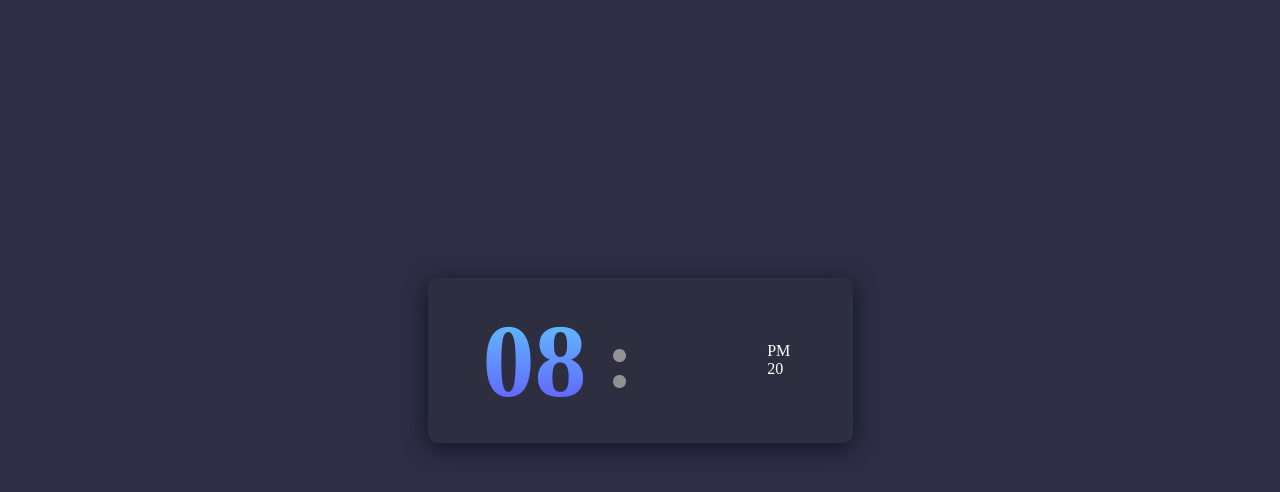
Repository: QUANGTHAI2003/digital-clock
Page: index.html
These files come from the project's save history. The page is drawn as it stood at one moment and after the next save; the edit follows.
The browser window is 1280 px wide. The pictures show the whole page.

Above is the page before, as saved 2022-03-26 19:58:58.

### index.html
<!DOCTYPE html>
<html lang="en">
    <head>
        <meta charset="UTF-8" />
        <meta http-equiv="X-UA-Compatible" content="IE=edge" />
        <meta name="viewport" content="width=device-width, initial-scale=1.0" />
        <title>Digital-Clock</title>
        <link rel="stylesheet" href="style.css" />
        <link rel="stylesheet" href="https://unicons.iconscout.com/release/v4.0.0/css/line.css" />
    </head>
    <body>
        <div class="digital-clock">
            <div class="time">
                <span class="hour">08</span>
                <span class="dots">:</span>
                <span class="minutes">30</span>
                <div class="right-side">
                    <span class="period">PM</span>
                    <span class="seconds">20</span>
                </div>
            </div>
        </div>
    </body>
</html>

### style.css
@import url('https://fonts.googleapis.com/css2?family=Poppins:ital,wght@0,100;0,200;0,300;0,400;0,500;0,600;0,700;0,800;0,900;1,100;1,200;1,300;1,400;1,500;1,600;1,700;1,800;1,900&display=swap');

* {
    margin: 0;
    padding: 0;
    box-sizing: border-box;
    font-family: 'Poppins'sans-serif;
}

body {
    min-height: 100vh;
    display: flex;
    justify-content: center;
    align-items: center;
    background: #2e2e44;
}

.digital-clock {
    position: relative;
    color: #fff;
    background: #2d2f41;
    width: 425px;
    padding: 20px 45px;
    box-shadow: 0 5px 25px rgba(14, 21, 37, 08);
    border-radius: 10px;
    display: flex;
    justify-content: center;
    align-items: center;
}

.time {
    position: relative;
    display: flex;
    justify-content: center;
    align-items: center;
}

.hour,
.dots,
.minutes {
    display: flex;
    justify-content: center;
    align-items: center;
    font-weight: 600;
    padding: 0 10px;
    line-height: 125px;
}

.hour,
.minutes {
    font-size: 6.5em;
    width: 125px;
}

.dots {
    font-size: 5em;
    color: #929292;
}

.hour {
    background: -webkit-linear-gradient(90deg, #634dff, #5fd4ff);
    -webkit-text-fill-color: transparent;
    -webkit-background-clip: text;
}

.minutes {
    background: -webkit-linear-gradient(90deg, #ff5e9a, I#ffb960);
    -webkit-text-fill-color: transparent;
    -webkit-background-clip: text;
}

After the next save:
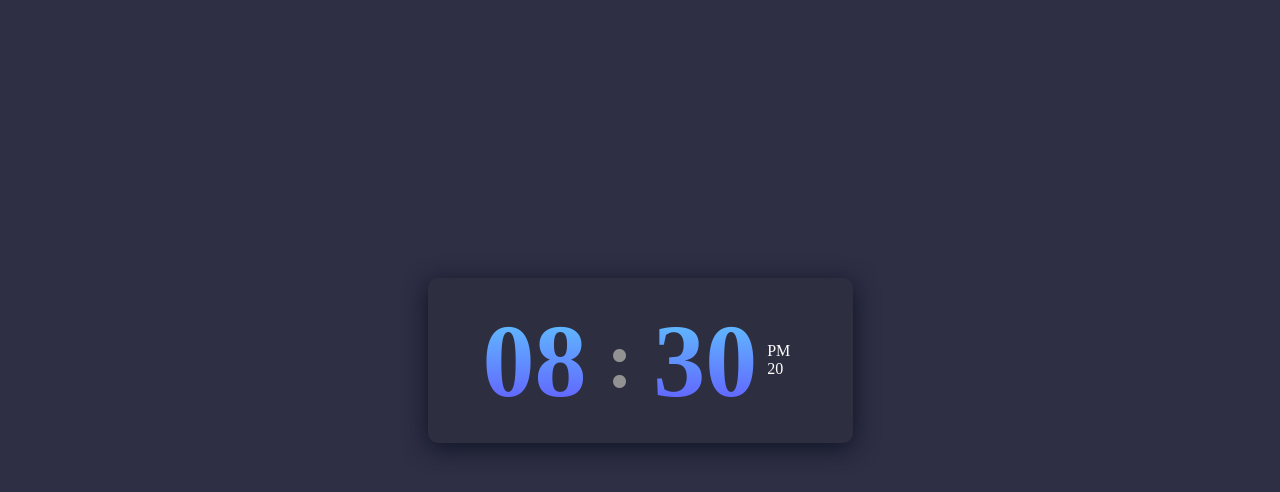
Saved 14 s later.
--- a/style.css
+++ b/style.css
@@ -65,6 +65,7 @@ body {
 
 .minutes {
     background: -webkit-linear-gradient(90deg, #ff5e9a, I#ffb960);
+    background: -webkit-linear-gradient(90deg, #634dff, #5fd4ff);
     -webkit-text-fill-color: transparent;
     -webkit-background-clip: text;
 }
